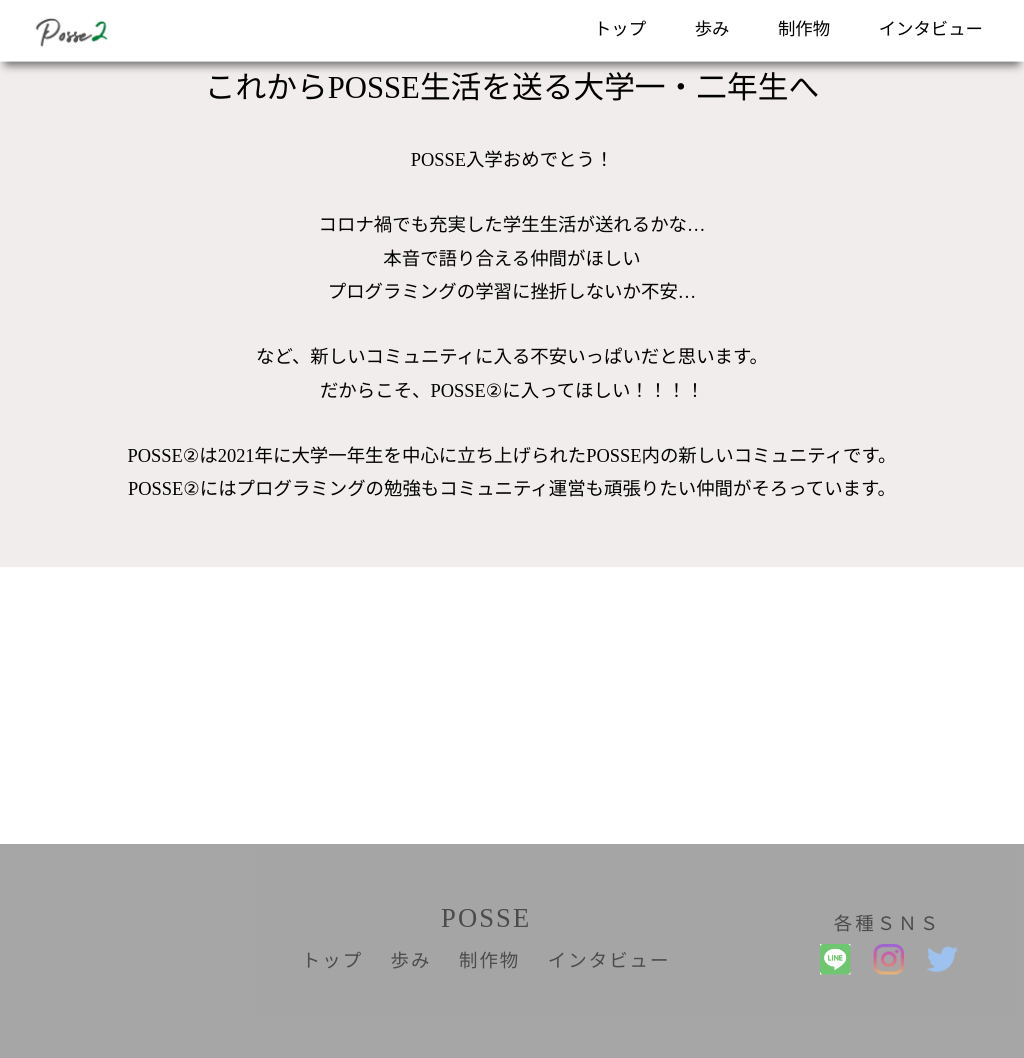
Repository: posse-ap/posse2-hackathon-202202-team2A
Page: topPage/index.html
These files come from the project's save history. The page is drawn as it stood at one moment and after a run of saves; the edit follows.
The browser window is 1280 px wide. The pictures show the whole page, at 80% of full size.

Above is the page before, as saved 2022-02-15 03:12:34.

### topPage/index.html
<!DOCTYPE html>
<html lang="en">

<head>
    <meta charset="UTF-8" />
    <meta http-equiv="X-UA-Compatible" content="IE=edge" />
    <meta name="viewport" content="width=device-width, initial-scale=1.0" />
    <title>Document</title>
    <link rel="stylesheet" href="/reset.css" />
    <link rel="stylesheet" href="/topPage/style.css" />
</head>

<body>
    <!-- <header id="header" class="header">
        <div class="header_content">
            <div class="header_title">
                <img src="/topPage images/S__31211608.jpg" alt="" class="header_title_img">
            </div>
            <div class="header_links">
                <ul>
                    <li><a href="">トップページ</a></li>
                    <li><a href="">活動記録</a></li>
                    <li><a href="">日常の記録</a></li>
                    <li><a href="">保護者の方へ</a></li>
                </ul>
            </div>
        </div>
    </header> -->

    <header id="header" class="header">
        <div class="header_content">
            <div class="header_title">
                <img src="/topPage images/S__31211608.jpg" alt="" class="header_title_img">
            </div>
            <!-- ①サイトタイトル -->
            <div class="nav-wrapper header_links">
                <!-- ②ナビゲーションメニュー -->
                <nav class="header-nav">
                    <ul class="nav-list">
                        <li class="nav-item">
                            <a href="">トップ</a>
                        </li>
                        <li class="nav-item">
                            <a href="">歩み</a>
                        </li>
                        <li class="nav-item">
                            <a href="">制作物</a>
                        </li>
                        <li class="nav-item">
                            <a href="">インタビュー</a>
                        </li>
                    </ul>
                </nav>
            </div>
            <button class="burger-btn">
                <!-- ③ハンバーガーボタン -->
                <span class="bar bar_top"></span>
                <span class="bar bar_mid"></span>
                <span class="bar bar_bottom"></span>
            </button>
        </div>
    </header>

    <section class="section">
        <div>
            <h2>これからPOSSE生活を送る大学一・二年生へ</h2>
        <p>POSSE入学おめでとう！</p>
        <p>コロナ禍でも充実した学生生活が送れるかな…<br>
            本音で語り合える仲間がほしい<br>
            プログラミングの学習に挫折しないか不安…<br>
            </p>
        <p>など、新しいコミュニティに入る不安いっぱいだと思います。<br>
            だからこそ、POSSE②に入ってほしい！！！！
            </p>
        <p>POSSE②は2021年に大学一年生を中心に立ち上げられたPOSSE内の新しいコミュニティです。<br>
            POSSE②にはプログラミングの勉強もコミュニティ運営も頑張りたい仲間がそろっています。
        </p>
        </div>
    </section>



    <footer class="footer">
        <div class='footer_box'>
            <div class="footer_box1">
                <div class='footer_official_box'>
                    <label for="logo"><p>POSSE</p></label>
                    <!-- <a id='logo'  href="https://posse.anti-pattern.co.jp/"><img class='posse_logo_footer' src="img\posseLogo.png" alt="ポッセロゴ"></a> -->
                </div>
                <div class='footer_other_box'>
                    <div class='footer_page_in_site'>
                        <a href="">トップ</a>
                        <a href="">歩み</a>
                        <a href="">制作物</a>
                        <a href="">インタビュー</a>
                    </div>
                </div>
            </div>
            <div class='SNS'>
                <p>各種ＳＮＳ</p>
                <div class='SNS_box'>
                    <a href=""><img src="/topPage images/LINE.png" alt=""></a>
                    <a href="https://instagram.com/posse_programming?utm_medium=copy_link"><img src="/topPage images/instagram2.png" alt="instagram"></a>
                    <a href="https://twitter.com/posse_program?s=20"><img src="/topPage images/twitter2.png" alt="twitter"></a>
                </div>
            </div>
        </div>
    </footer>

    <script src="https://ajax.googleapis.com/ajax/libs/jquery/3.6.0/jquery.min.js"></script>
    <script src="/topPage/script.js"></script>
</body>

</html>

### topPage/style.css
html {
    font-size: 1vw;
}

body {
    text-align: center;
    margin: 0 auto;
    font-family: "ヒラギノ丸ゴ Pro W4", "ヒラギノ丸ゴ Pro", "Hiragino Maru Gothic Pro", "ヒラギノ角ゴ Pro W3", "Hiragino Kaku Gothic Pro", "HG丸ｺﾞｼｯｸM-PRO", "HGMaruGothicMPRO";
}

.header_content {
    width: 95%;
    height: 90%;
    display: flex;
    justify-content: space-between;
    opacity: 1;
    margin: 0 6rem 0.3rem 1rem;
}

.header_title {
    display: flex;
}

.header_title_img {
    display: block;
    width: 12rem;
    height: 4rem;
    opacity: 1;
}



.header_links {
    width: 40%;
    padding: 1rem 0 0 0;
}

.header_links ul {
    display: flex;
    justify-content: space-between;
}

.header_links li a {
    display: block;
    color: black;
    text-decoration: none;
    font-size: 1.7rem;
}

.header_links li a:hover {
    opacity: 0.4;
    transform: translate(0, -5px);
}


.header {
    width: 100%;
    height: 6rem;
    background: white;
    position: fixed;
    top: 0;
    left: 0;
    padding-top: 1.1rem;
    box-sizing: border-box;
    z-index: 5;
    box-shadow: 0px 10px 10px -5px rgba(0, 0, 0, 0.5);
}

.SNS_box{
    width: 150%;
}


/* -------------------- */
/* header
  /* -------------------- */
/* .header {
    align-items: center;
    background-color: #1b1310;
    border-bottom: 1px solid #fff;
    color: #fff;
    display: flex;
    height: 74px;
    justify-content: space-between;
    padding: 0 120px;
} */

/* .nav-list {

    display: flex;
} */

/* .nav-item {

    margin-right: 55px;
} */

.burger-btn {
    display: none;
}

/* ------------------ */
/* fv
  /* ------------------ */
.fv {
    align-items: center;
    background-color: #141414;
    background-image: url(../img/fv-bgi@2x.jpg);
    background-position: center;
    background-size: cover;
    display: flex;
    flex-direction: column;
    height: 90vh;
    justify-content: center;
}

/* .main-copy {
    border: 2px solid #fff;
    color: #fff;
    font-size: 50px;
    font-weight: bold;
    padding: 34px 42px;
} */

/* ------------------ */
/* about
  /* ------------------ */
.section-title {
    font-size: 36px;
    font-weight: bold;
    letter-spacing: .05em;
    margin-bottom: 70px;
    text-align: center;
}

h3 {
    font-size: 2.4rem;
    font-weight: bold;
    letter-spacing: .1em;
    line-height: 2;
    margin-bottom: 40px;
}

.section-wrapper {
    padding: 100px 10% 50px;
}

@media screen and (min-width:541px) and (max-width:1024px) {
    .header{
        height: 10rem;
    }

    .header_content{
        padding-top: 2rem;
    }

    .header_title_img{
        width: 100%;
        height: 70%;
    }

    .header_links li a{
        font-size: 2.7rem;
        margin-top: 0;
    }

    .header_links{
        width: 50%;
    }
}

@media screen and (max-width:540px) {

    /* ----------------------- */
    /* base_sp
    /* ----------------------- */
    /* デフォルトのbuttonスタイルをリセット */
    button {
        -webkit-appearance: none;
        -moz-appearance: none;
        appearance: none;
        background: transparent;
        border: 0;
        border-radius: 0;
        color: inherit;
        cursor: pointer;
        font: inherit;
        margin: 0;
        outline: none;
        padding: 0;
        vertical-align: middle;
    }

    /* ------------------ */
    /* humberger-menu */
    /* ------------------ */
    .header {
        padding: 0;
        height: 15rem;
    }

    .header_title_img{
        margin-top: 2rem;
        width: 30rem;
        height: 10rem;
    }

    /* 以下、ハンバーガーボタン */
    .burger-btn {
        display: block;
        height: 22%;
        position: relative;
        width: 20%;
        z-index: 3;
        /* codepenの挙動のため */
        background-color: transparent;
        border: none;
        margin-top: 6rem;
    }



    .bar {
        background-color: black;
        display: block;
        height: 0.1rem;
        left: 50%;
        position: absolute;
        transform: translateX(-50%);
        width: 7rem;
    }

    .bar_top {
        top: 3rem;
    }

    .bar_mid {
        top: 50%;
        transform: translate(-50%, -50%);
    }

    .bar_bottom {
        bottom: 3rem;
    }

    .burger-btn.close{
        margin-top: 8.4rem;
    }

    .burger-btn.close .bar_top {
        transform: translate(-50%,-4.3rem) rotate(45deg);
        transition: transform .3s;
    }

    .burger-btn.close .bar_mid {
        opacity: 0;
        transition: opacity .3s;
    }

    .burger-btn.close .bar_bottom {
        transform: translate(-50%, -1rem) rotate(-45deg);
        transition: transform .3s;
    }

    /* スクロール制御 */
    .noscroll {
        overflow: hidden;
    }

    /* 以下、ハンバーガーメニュー */
    .nav-wrapper {
        visibility: hidden;
        height: 100vh;
        left: 0;
        position: fixed;
        top: 0;
        width: 100vw;
        opacity: 0;
        transition: opacity .5s;
        z-index: 2;
        /*キービジュアルと.btn_triggerとの重なりの前後関係を調整*/
    }

    .header-nav {
        background-color: white;
        height: 100%;
        width: 100%;
        z-index: 2;
    }

    .header_links ul{
        display: block;
    }

    .nav-list {
        display: block;
        left: 50%;
        position: absolute;
        text-align: center;
        top: 50%;
        transform: translate(-50%, -50%);
    }

    .nav-item {
        margin-bottom: 40px;
        margin-right: 0;
    }

    .header_links li a{
        font-size: 5rem;
    }

    /* メニューオープン時 */
    .nav-wrapper.fade {
        opacity: 1;
        visibility: visible;
    }

    /* ------------------ */
    /* fv */
    /* ------------------ */
    .main-copy {
        font-size: 30px;
    }

    /* ------------------ */
    /* about */
    /* ------------------ */
    h3 {
        font-size: 20px;
        margin-bottom: 30px;
    }

    .section-wrapper {
        padding: 100px 5% 50px;
    }
}

/* ふったー */
.footer {
    background-color: grey;
    opacity: 0.7;
}

.footer_box {
    width: 65%;
    height: 15rem;
    display: flex;
    justify-content: space-around;
    padding: 6rem 0 0 0;
    position: relative;
    right: -23%;
    margin-top: 27rem;
}

.footer_official_box label p {
    color: black;
    font-size: 2.6rem;
    letter-spacing: 0.2rem;
}

.footer_official_box label p:hover {
    opacity: 0.4;
    transform: translate(0, -5px);
}

.footer_page_in_site a {
    color: black;
    text-decoration: none;
    font-size: 1.8rem;
    letter-spacing: 0.2rem;
}

.footer_page_in_site a:hover {
    opacity: 0.4;
    transform: translate(0, -5px);
}

.SNS {
    width: 14%;
}

.SNS_box a {
    margin: 1rem;
}

.SNS_box a img {
    width: 3rem;
    height: 3rem;
}

.SNS_box a :hover {
    opacity: 0.4;
    transform: translate(0, -5px);
}

.SNS p {
    color: black;
    font-size: 1.8rem;
    margin: 1rem 0;
    margin-left: 6rem;
    letter-spacing: 0.3rem;
    white-space: nowrap;
}

/* .SNS p:hover {
    opacity: 0.4;
    transform: translate(0, -5px);
} */

.posse_logo_footer {
    width: 80%;
    height: 40%;
}

.footer_other_box {
    font-size: 1.5rem;
    letter-spacing: 0.3rem;
    margin: 2rem;
}

.footer_page_in_site a {
    margin: 0 1rem;
}

.SNS_box{width: 250%;}

@media screen and (min-width:541px) and (max-width:1024px) {
    .footer{
        height: 30rem;
    }

    .footer_official_box label p{
        font-size: 7rem;
    }

    .SNS p{
        display: block;
        margin-left: 0;
        margin: 3rem auto;
        font-size: 3rem;
        white-space: nowrap;
    }

    .footer_page_in_site a{
        font-size: 3rem;
    }

    .footer_box{
        width: 75%;
        display: block;
        right: -13%;
    }

    .SNS{
        margin: 0 auto;
        width: 100%;
    }

    .SNS_box{
        width: 100%;
    }


    .footer_official_box label p{
        font-size: 4rem;
    }

    .SNS_box a img {
        width: 5rem;
        height: 5rem;
    }
}


@media screen and (max-width:540px) {
    .footer_box {
        display: block;
        height: 20rem;
        margin:  20rem 0;
        right: -5%;
        width: 90%;
    }

    .footer_official_box label p{
        font-size: 10rem;
    }

    .footer_page_in_site a{
        font-size: 5rem;
        display: block;
    }

    .footer_page_in_site{
        display: block;
        line-height: 7rem;
    }

    .footer{
        height: 70rem;
    }

    .SNS{
        margin: 0 auto;
        width: 100%;
    }

    .SNS p{
        margin-left: 0;
        display: block;
        width: 50rem;
        margin: 3rem auto;
        font-size: 7rem;
        white-space: nowrap
    }

    .SNS_box{
        width: 100%;
    }

    .SNS_box a img {
        width: 7rem;
        height: 7rem;
    }
}

.section div {
    background-color: rgb(241, 237, 237);
    padding: 3rem;
}

.section div h2 {
    font-size: 3rem;
    margin: 4rem;
}

.section div p {
    font-size: 1.8rem;
    margin: 3rem;
    line-height: 3.3rem;
}

.section2 {
    padding: 7rem 0;
}

.highlight {
    background: linear-gradient(transparent 50%, #f6ff5f 80%);
}

### topPage/script.js
$('.burger-btn').on('click', function () {//.btn_triggerをクリックすると
    $('.burger-btn').toggleClass('close');//.btn_triggerにcloseクラスを付与(ボタンのアニメーション)
    $('.nav-wrapper').toggleClass('fade');//.nav-wrapperに
    $('body').toggleClass('noscroll');//bodyにnoscrollクラスを付与(スクロールを固定)
});

Loaded but not shown: reset.css (common file)

After the next 2 saves:
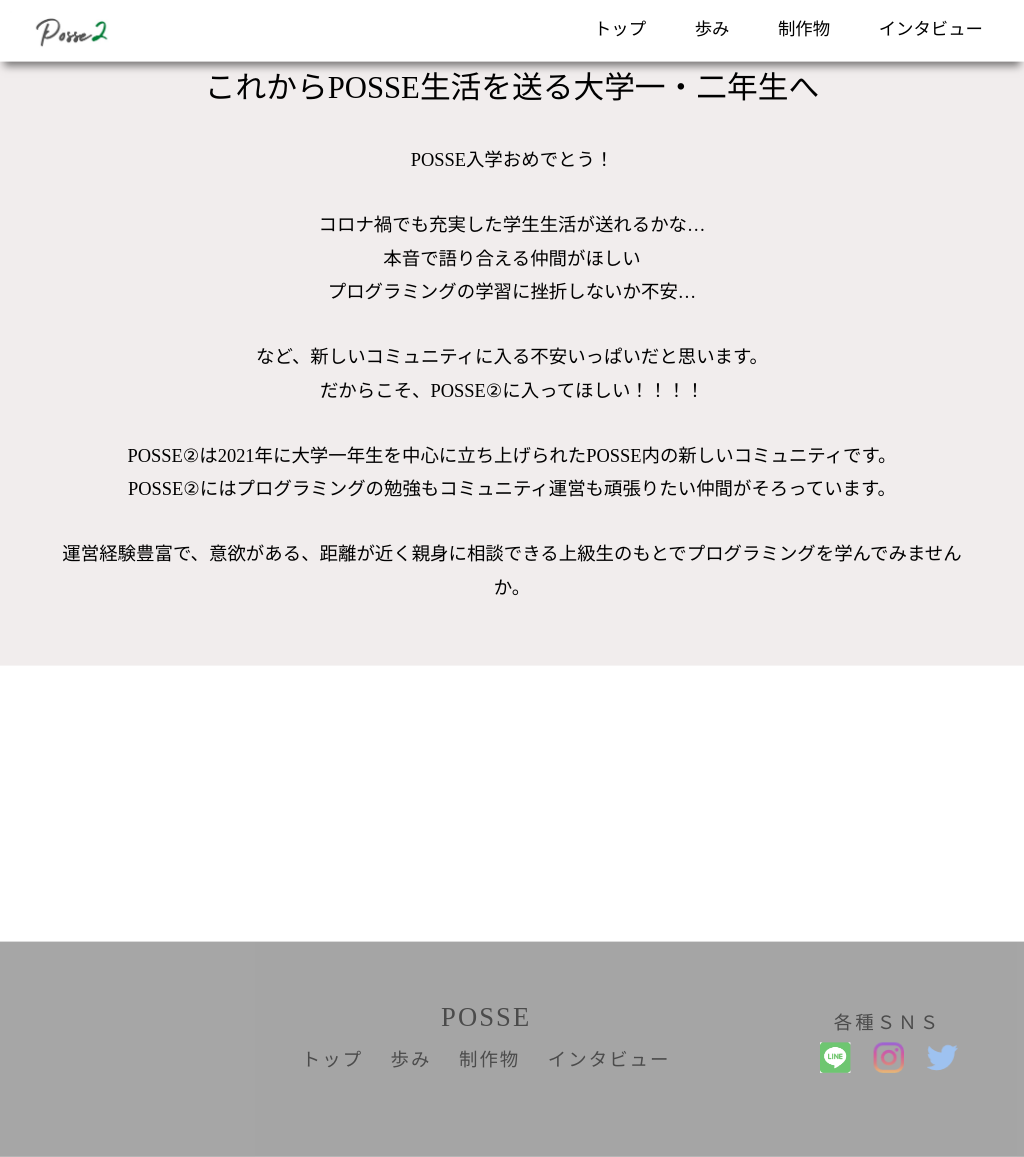
The 2 saves are shown as one change because they came seconds apart.
The last was saved 16 s later.
--- a/topPage/index.html
+++ b/topPage/index.html
@@ -75,6 +75,9 @@
         <p>POSSE②は2021年に大学一年生を中心に立ち上げられたPOSSE内の新しいコミュニティです。<br>
             POSSE②にはプログラミングの勉強もコミュニティ運営も頑張りたい仲間がそろっています。
         </p>
+        <p>
+            運営経験豊富で、意欲がある、距離が近く親身に相談できる上級生のもとでプログラミングを学んでみませんか。
+        </p>
         </div>
     </section>
 
